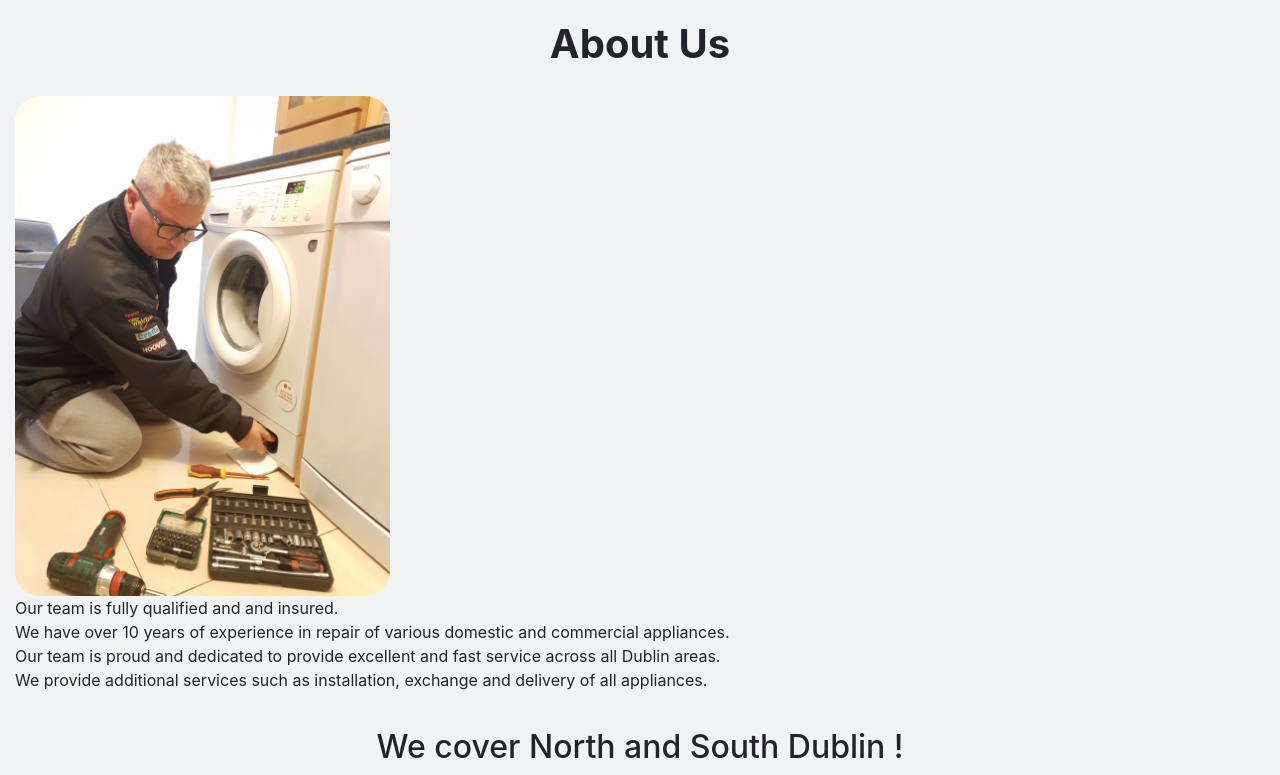
Repository: martynapacula/project-one
Page: index.html
The author's editor kept a record of every edit. The page is drawn from the files as they stood at one moment, then again after the next edit.
The browser window is 1280 px wide. The pictures show the part of the page from y = 384 to 1159 px (the page is 6552 px tall).
Pictures or frames that could not be fetched are drawn as grey boxes. A picture or video elsewhere on the page could not be fetched, so the positions and the page height are approximate.

Above is the page before.

### index.html
<!DOCTYPE html>
<html lang="en">

<head>
  <meta charset="UTF-8">
  <meta name="viewport" content="width=device-width, initial-scale=1.0">
  <meta http-equiv="X-UA-Compatible" content="ie=edge">
  <link rel="stylesheet" href="https://stackpath.bootstrapcdn.com/bootstrap/4.3.1/css/bootstrap.min.css" type="text/css" />
  <link rel="stylesheet" href="https://stackpath.bootstrapcdn.com/font-awesome/4.7.0/css/font-awesome.min.css" type="text/css" />
  <link rel="stylesheet" href="https://cdnjs.cloudflare.com/ajax/libs/font-awesome/4.7.0/css/font-awesome.min.css">
  <link rel="stylesheet" href="https://use.fontawesome.com/releases/v5.7.0/css/all.css" integrity="sha384-lZN37f5QGtY3VHgisS14W3ExzMWZxybE1SJSEsQp9S+oqd12jhcu+A56Ebc1zFSJ" crossorigin="anonymous">
  <link rel="stylesheet" href="style.css">
  <title>Delivery Appliance Network</title>
</head>

<body>

  <section>
    <header>
      <!-------------------------------------------------------------------Navbar------>
      <nav class="navbar navbar-expand-lg navbar-light bg-light">
        <a style="color:white" class="navbar-brand" href="#jumbotron">DAN</a>
        <button class="navbar-toggler" type="button" data-toggle="collapse" data-target="#navbarText" aria-controls="navbarText" aria-expanded="false" aria-label="Toggle navigation">
    <span class="navbar-toggler-icon"></span>
  </button>
        <div class="collapse navbar-collapse" id="navbarText">
          <ul class="navbar-nav mr-auto">
            <li class="nav-item active">
              <a style="color:white" class="nav-link" href="#services">Services <span class="sr-only">(current)</span></a>
            </li>
            <li class="nav-item">
              <a style="color:white" class="nav-link" class='page-scroll' href="#aboutus">About Us</a>
            </li>
            <li class="nav-item">
              <a style="color:white" class="nav-link" class='page-scroll' href="#DIY">Do It Yourself</a>
            </li>
            <li class="nav-item">
              <a style="color:white" class="nav-link" class='page-scroll' href="#review">Testimonials</a>
            </li>

          </ul>
          <span style="color:white" class="navbar-text">
      Call Us now ! 0860300662
    </span>
        </div>
      </nav>
    </header>
  </section>

  <!-----Jumbotron------>
  <section id="jumbotron" class="callout jumbotron text-center">
    <div class="container-fluid callout-container">
      <div class="jumbotron">
        <h1 class="display-4 dan-front">
          <center>Domestic Appliances Network</center>
        </h1>
        <p class=" dan-front-text">Experience, Services and High Quality Appliances Delivered Straight to Your Doorstep</p>
        <hr class="my-4">
        <a class="btn btn-primary btn-lg" href="#contactnav" role="button">Get 20% Off</a>
      </div>
    </div>

  </section>


    <!----------------About Us--------------------------------------->

  <section id="aboutus" class='container-fluid bg-about'>
    <div class="row ">
      <div class="col">
        <div>
          <h1 class='heading'>
            About Us
          </h1>
          </div>
          <div class='about-position'>
           <img src="image/DAN3.jpg" class='img-about' alt="Daniel">
           <p  class='about-position' class='text-about'>
              Our team is fully qualified and and insured. <br> We have over 10 years of experience in repair of various domestic and commercial appliances.<br> Our team is proud and dedicated to provide excellent and fast service across all Dublin areas.<br>              We provide additional services such as installation, exchange and delivery of all appliances.<br>
            </p>
          </div>
        <div>
          <h2 class="map-text  about-position map-block">We cover North and South Dublin !</h2>
          <iframe class="map about-position map-block" src="https://www.google.com/maps/embed?pb=!1m18!1m12!1m3!1d152515.98634570363!2d-6.385788728975394!3d53.32423806473198!2m3!1f0!2f0!3f0!3m2!1i1024!2i768!4f13.1!3m3!1m2!1s0x48670e80ea27ac2f%3A0xa00c7a9973171a0!2sDublin!5e0!3m2!1sen!2sie!4v1561494702558!5m2!1sen!2sie"
            frameborder="0" style="border:0" allowfullscreen></iframe>

        </div>
      </div>
    </div>
</section>

  <!--------------------------Services--------------------------->

  <section id="services" class='container-fluid bg-service'>
    <div class="row ">
      <div class="col">
        <div>
          <h1 class='heading'>
            Our Services
          </h1>
        </div>
        <div class="service-comment mobile-service">
          <i class="fas fa-tools"> </i>
          <h3>Repair</h3>
          <p> We repair washing machines, dishwashers, ovens, dryers and many more </p>
        </div>

        <div class="service-comment mobile-service">
          <i class="fas fa-cogs "></i>
          <h3>Installation</h3>
          <p> We can instal washing machines, dishwashers, ovens, dryers into your kitchen </p>
        </div>

        <div class="service-comment mobile-service">
          <i class="fas fa-dolly "></i>
          <h3>Delivery</h3>
          <p> We deliver to all parts of Dublin area </p>

        </div>

      </div>
    </div>
  </section>

  <!----------------Our DIY --------------------------------------->
  <section id="DIY" class='container-fluid bg-about'>
    <div class="row ">
      <div class="col">
        <div class='heading'>
          <h1>
            <strong> Do It Yourself !</strong>
          </h1>
          <div>
            <div class='diy-p'>
              <p>
                <center>Checkout very helpful videos and a podcasts on the most popular errors that may occur in your everyday appliances.<br> You might repair it by yourself at home !</center>
              </p>
            </div>
            <div>
              <iframe width="90%" height="auto" src="https://www.youtube.com/embed/wUL5Wb1T71c" frameborder="0" allow="accelerometer; autoplay; encrypted-media; gyroscope; picture-in-picture" allowfullscreen class='video'></iframe>
            </div>
            <div class='diy-p'>
              <p>
                <center>Listen to the podcast entitled 'Which Washer should I buy' from Fixitnow.com Appliance Repair Radio !</center>
              </p>

            </div>
            <div>
              <audio controls class='audio-bar'>
  <source  src="http://podcast.fixitnow.com/farr/Media/FARR-17.m4a" type="audio/ogg">
  <source  src="http://podcast.fixitnow.com/farr/Media/FARR-17.m4a" type="audio/mpeg">

</audio>
            </div>

  </section>

  <!----------------Testimonials--------------------------------------->
  <section id="review" class='container-fluid bg-service'>
    <div class="row ">
      <div class="col">
        <div class='heading'>
          <h1>
            Testimonials
          </h1>
        </div>
        <div class="quote quote-media">
          <div>
            <img class="womanimage" style="" src="https://media.istockphoto.com/photos/confident-senior-woman-with-folded-arms-picture-id1013413922?s=2048x2048"></img>
          </div>
          <div class="margaret" style="">
            <h3>-Margaret</h3>
            <p class='benjamin-p'> I am delighted with Domestic Appliance Network.<br> My washing machine was leaking, engineer that came over was professional and knowledgeable.<br> He even cleaned dirty and smelly tubes inside the machine ! Great service DAN keep it up !</p>
          </div>
        </div>
        <div class='quote quote-media'>
          <div>
            <img class="manimage" style="" src="https://media.istockphoto.com/photos/portrait-of-a-senior-adult-man-picture-id532725073?s=2048x2048"></img>
          </div>
          <div class="benjamin" style=''>
            <h3>-Benjamin</h3>
            <p class='benjamin-p'> I would highly recommend Domestic Appliance Network. <br> My dishwasher was repaired within 24 hrs. Very compeditive prices.<br>
            </p>
          </div>
        </div>
      </div>
    </div>

    <!----------------Contact Us--------------------------------------->

    <section class="contact" id="contactnav" class='container-fluid bg-service'>

      <img width='100%' height='auto' class="background-contact" scr="https://media.istockphoto.com/photos/woman-choosing-program-on-washing-machine-picture-id668391976?s=2048x2048" </img>

      <div class='heading'>
        <h2>
          Sign up to get <strong>20% off!</strong>
        </h2>
      </div>

      <form class="form-contact">

        <div class="form-row">
          <div class="form-group col-md-6">
            <label for="inputName4">First Name</label>
            <input type="text" class="form-control" placeholder="First name">
          </div>

          <div class="col">
            <div class="form-row">
              <div class="form-group col-md-6">
                <label for="inputName4">Last Name</label>
                <input type="text" class="form-control" placeholder="Last name">
              </div>
            </div>
          </div>
        </div>


        <div class="form-row">
          <div class="form-group col-md-6">
            <label for="inputEmail4">Email</label>
            <input type="email" class="form-control" id="inputEmail4" placeholder="Email">
          </div>
          <div class="form-group col-md-6">
            <label for="inputPassword4">Password</label>
            <input type="password" class="form-control" id="inputPassword4" placeholder="Password">
          </div>
        </div>
        <div class="form-group">
          <label for="inputAddress">Address</label>
          <input type="text" class="form-control" id="inputAddress" placeholder="1234 Main St">
        </div>
        <div class="form-group">
          <label for="inputAddress2">Address 2</label>
          <input type="text" class="form-control" id="inputAddress2" placeholder="Apartment, studio, or floor">
        </div>
        <div class="form-row">
          <div class="form-group col-md-6">
            <label for="inputCity">Dublin Area </label>
            <input type="text" class="form-control" id="inputCity">
          </div>

        </div>
        <div class="form-group">
          <div class="form-check">
            <input class="form-check-input" type="checkbox" id="gridCheck">
            <label class="form-check-label" for="gridCheck">
        Check me out
      </label>
          </div>
        </div>
        <button type="submit" class="btn btn-primary">Sign up</button>
      </form>

    </section>


    <footer>
      <div class="container">
        <div class="row foot">
          <div class="col-xs-12 col-sm-12 icons">
            <a href="https://www.linkedin.com" target="_blank"><i class="logo fab fa-linkedin-in alignment"></i></a>
            <a href="https://www.pinterest.com" target="_blank"><i class="logo fab fa-pinterest alignment"></i>
            <a href="https://www.facebook.com" target="_blank"><i class="logo fab fa-facebook  alignment"></i></a>
          </div>
        </div>
      </div>
      <h5>
        <center>All Rights Reserved</center>
      </h5>
      <h7>© 2014 – 2019 DAN Domestic Appliances Network | Opening Hours: Mon-Fri 08:00 - 17:30, Sat 09:00 - 14:00 | <br> 10 Longford Square, Springfiled, Glassnevin, Co.Dublin, Ireland </h7>



    </footer>






    <script src="https://code.jquery.com/jquery-3.3.1.slim.min.js " integrity="sha384-q8i/X+965DzO0rT7abK41JStQIAqVgRVzpbzo5smXKp4YfRvH+8abtTE1Pi6jizo " crossorigin="anonymous "></script>
    <script src="https://cdnjs.cloudflare.com/ajax/libs/popper.js/1.14.3/umd/popper.min.js " integrity="sha384-ZMP7rVo3mIykV+2+9J3UJ46jBk0WLaUAdn689aCwoqbBJiSnjAK/l8WvCWPIPm49 " crossorigin="anonymous "></script>
    <script src="https://stackpath.bootstrapcdn.com/bootstrap/4.1.3/js/bootstrap.min.js " integrity="sha384-ChfqqxuZUCnJSK3+MXmPNIyE6ZbWh2IMqE241rYiqJxyMiZ6OW/JmZQ5stwEULTy " crossorigin="anonymous "></script>
</body>

</html>

### style.css
/*---------------Navbar------------*/

.bg-light {
    background-color: #3B7EC0!important;
}

/*-----------background-----------*/

.callout-container {


    background: url(https://i.pinimg.com/564x/cd/ba/aa/cdbaaa7fb8f201ebf291ccb854a77ae5.jpg);
    background-repeat: no-repeat;
    background-position: center;
    -moz-background-size: cover;
    -webkit-background-size: cover;
    -o-background-size: cover;
    background-size: cover;
    width: -webkit-fill-available;
    height: -webkit-fill-available;
    padding-top: 100px;
}

.opaque-overlay {
    position: absolute;
    top: 0;
    left: 0;
    height: 100%;
    width: 100%;
    background-color: rgba(0, 0, 0, 0.5);
}

.jumbotron {
    background-color: transparent;
    padding: 0;
    margin: 0px;
}

.jumbotron h1 {
    color: Black;
    font-weight: bold;
    margin-bottom: 30px;

}

.navbar {
    position: fixed;
    top: 0;
    width: 100%;
    z-index: 1;
}

.dan-front {
    text-shadow: -1px 0 white, 0 1px white, 1px 0 white, 0 -1px;
}

.dan-front-text {
    font-size: 30px;
    font-weight: 900;
}

/*-----------Our Services-----------*/

.heading {
    text-align: center;
    font-weight: bold;
    padding: 20px 0px;


}

.bg-service {
    background-color: #c7daec;
    padding-bottom: 50px;
}


.service-comment {
    display: inline-table;
    height: auto;
    width: auto;
    max-width: 32%;
    text-align: center;
    font-size: 30px;
}




@media (max-width: 576px) {
    .mobile-service {
        display: block;
        width: 100%;
        height: auto;
        text-align: center;
        max-width: 100%;
        padding: 20px 0px;
    }
}


.fas {
    font-size: 50px;
    padding-bottom: 20px;

}

/*-----------About Us-----------*/





.img-about {
    height: auto;
    border-radius: 25px;
    width: 30%;

}


.bg-about {
    background-color: #F0F2F3;
}

.text-about {
    text-align: center;
    padding-top: 50px;
    font-size: 30px;

}

.map {

    border-radius: 15px;
    display: block;
    padding-top: 50px;
    width: 100%;
    padding-bottom: 30px;
    height: 500px;
}

.map-text {
    float: left;
    display: block;
    padding-top: 20px;
    width: 100%;
    text-align: center;
}

.about-position{
    inline-block;
}



/*-----------DIY-----------*/

.audio-bar {
    width: 40%;

}

.video {
    min-height: 400px;
}

.diy-p {
    font-size: 25px;
}

/*-----------Testimonials-----------*/

.quote {

    text-align: center;
}

.womanimage {
    border-radius: 50%;
    height: auto;
    width: 100%;
    display: block;
    padding-left: 20px;
    padding-right: 20px;

}


.manimage {
    border-radius: 50%;
    height: auto;
    width: 100%;
    display: block;
    padding-left: 20px;
    padding-right: 20px;

}

.benjamin {
    padding-top: 80px;

}

.benjamin-p {
    display: grid;
    padding-left: 30px;
    font-size: 30px;
    padding-bottom: 50px;
}

.margaret {
    padding-top: 40px;

}


@media (max-width: 576px) {

    .quote-media {
        display: block;
        width: 100%;
        height: auto;
    }

}

/*-----------Contact Us-----------*/

.contact {
    background: url(https://media.istockphoto.com/photos/woman-choosing-program-on-washing-machine-picture-id668391976?s=2048x2048)
}

.background-contact {
    background-attachment: fixed;
    width: 100%;
    height: 300px;

}


/*-----------Footer-----------*/

footer {
    border-color: transparent;
    text-align: center;
}

.foot {
    margin-bottom: 20px;
    padding-top: 20px;
}

a {
    padding: 5px 15px 5px 10px;
    background-color: transparent;
}

.alignment {
    line-height: 2px;
}

.logo {
    display: inline-block;

    background-color: #C3C3C3;
    color: #8F8F8F;
    width: 41px;
    height: 41px;
    padding: 20px 0;
    border-radius: 50%;
    font-size: 28px;
    text-align: center;
    vertical-align: middle;
    transition: all .3s ease-in-out;
    -moz-transition: all .3s ease-in-out;
    -webkit-transition: all .3s ease-in-out;
    margin-top: 2.5px;
    margin-bottom: 2.5px;

}

logo:hover {
    color: #564F6F;

}

After the next edit:
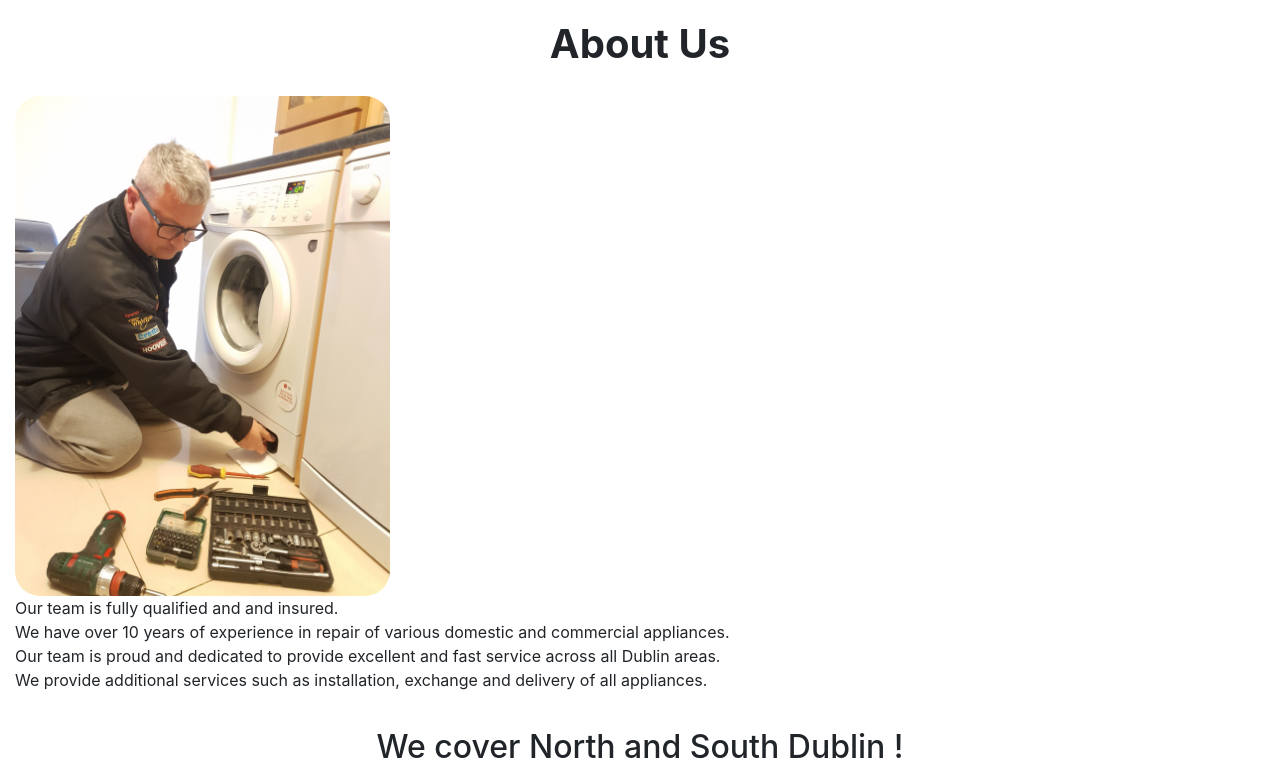
The edit:
--- a/style.css
+++ b/style.css
@@ -112,9 +112,12 @@
 
 
 .img-about {
+    vertical-align: middle;
+    border-style: none;
     height: auto;
     border-radius: 25px;
     width: 30%;
+}
 
 }
 

After the 2 edits that followed:
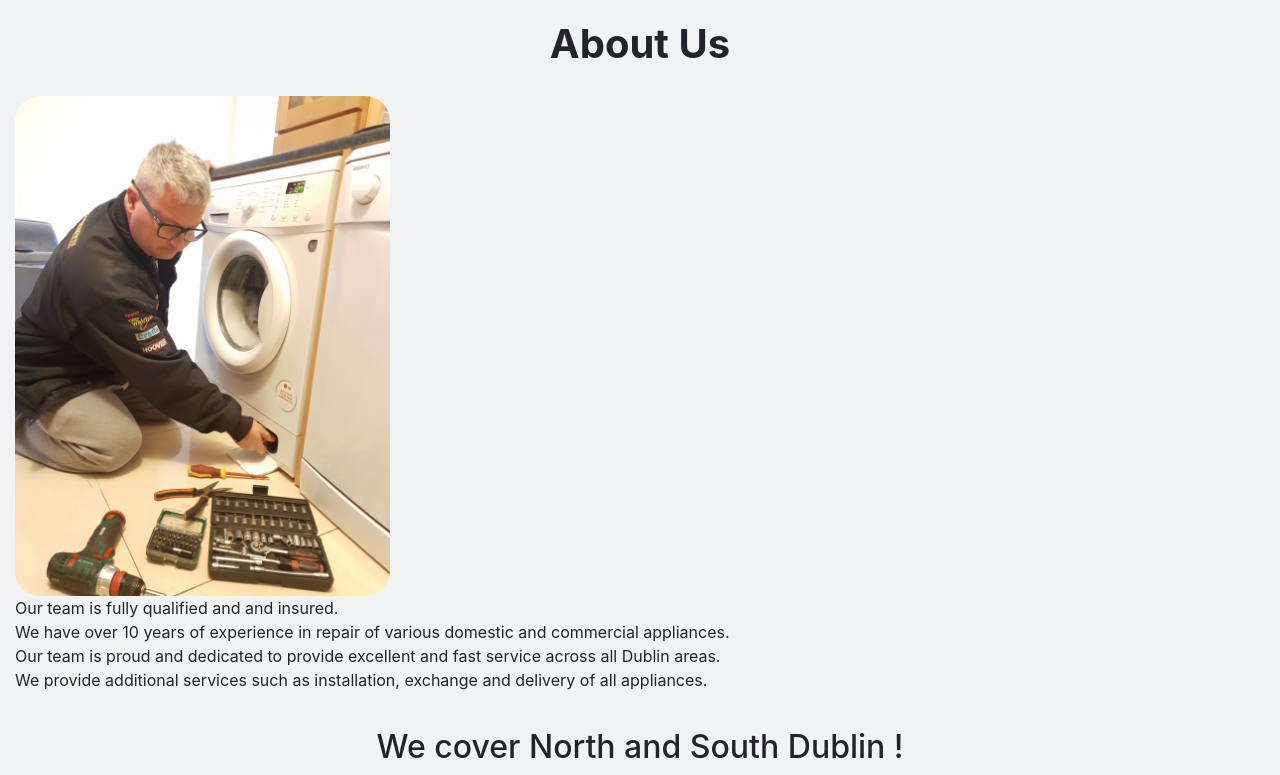
The 2 edits are shown as one change because 1 left the picture as it was.
The edit:
--- a/style.css
+++ b/style.css
@@ -119,7 +119,6 @@
     width: 30%;
 }
 
-}
 
 
 .bg-about {
@@ -149,10 +148,6 @@
     padding-top: 20px;
     width: 100%;
     text-align: center;
-}
-
-.about-position{
-    inline-block;
 }
 
 
